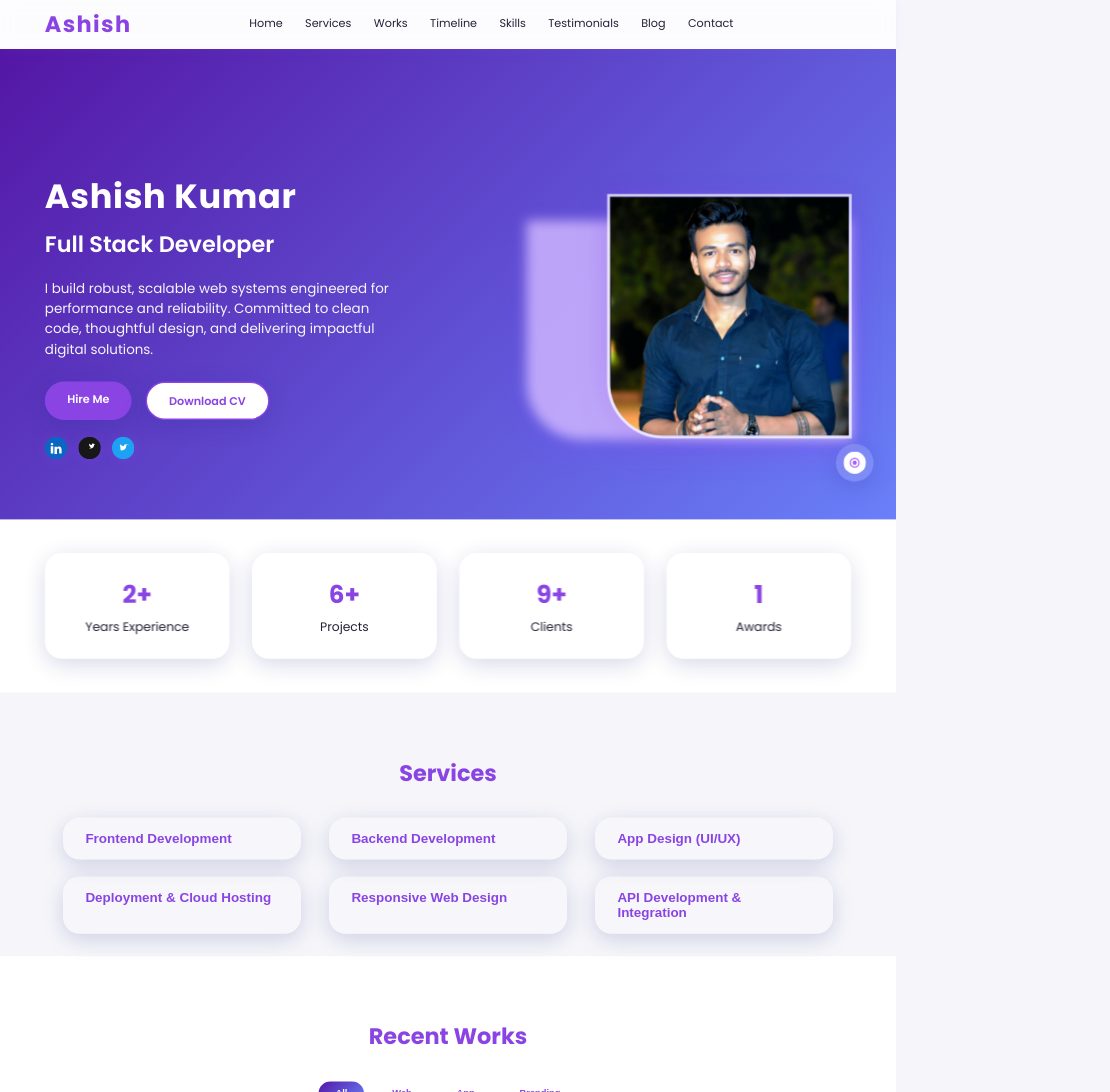
Repository: Ashishkumarraj/ashish_portfolio
Page: index.html
These files come from the project's save history. The page is drawn as it stood at one moment and after the next save; the edit follows.
The browser window is 1280 px wide. The page is 1280 px wide, then 1586 px, then 1280 px, so the pictures cover 1586 px, including what lies to the right of the window. The pictures show the part of the page from y = 0 to 1560 px (the page is 4374 px tall before and 2990 px after), at 70% of full size.

Above is the page before, as saved 2026-02-15 16:37:01.
Console error: TypeError: Cannot read properties of null (reading 'addEventListener')

After the next save:
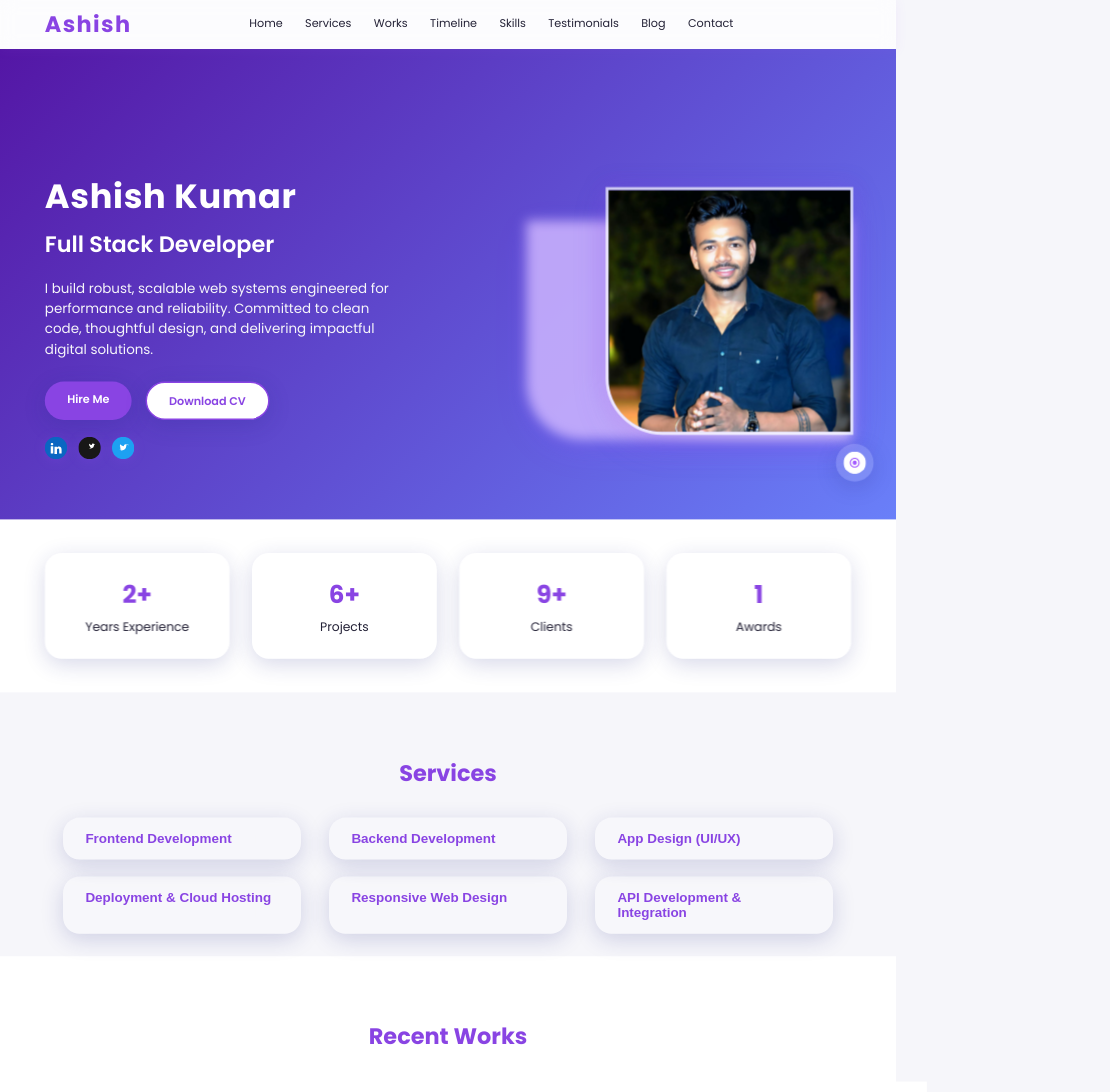
Saved 7 s later.
--- a/index.html
+++ b/index.html
@@ -134,7 +134,7 @@ Committed to clean code, thoughtful design, and delivering impactful digital sol
       <h2 class="section-title">Recent Works</h2>
       <div class="works-filter">
         <button class="filter-btn active" data-filter="all">All</button>
-        <!---->
+        <!--
         <button class="filter-btn" data-filter="web">Web</button>
         <button class="filter-btn" data-filter="app">App</button>
         <button class="filter-btn" data-filter="branding">Branding</button>

After the 2 saves that followed:
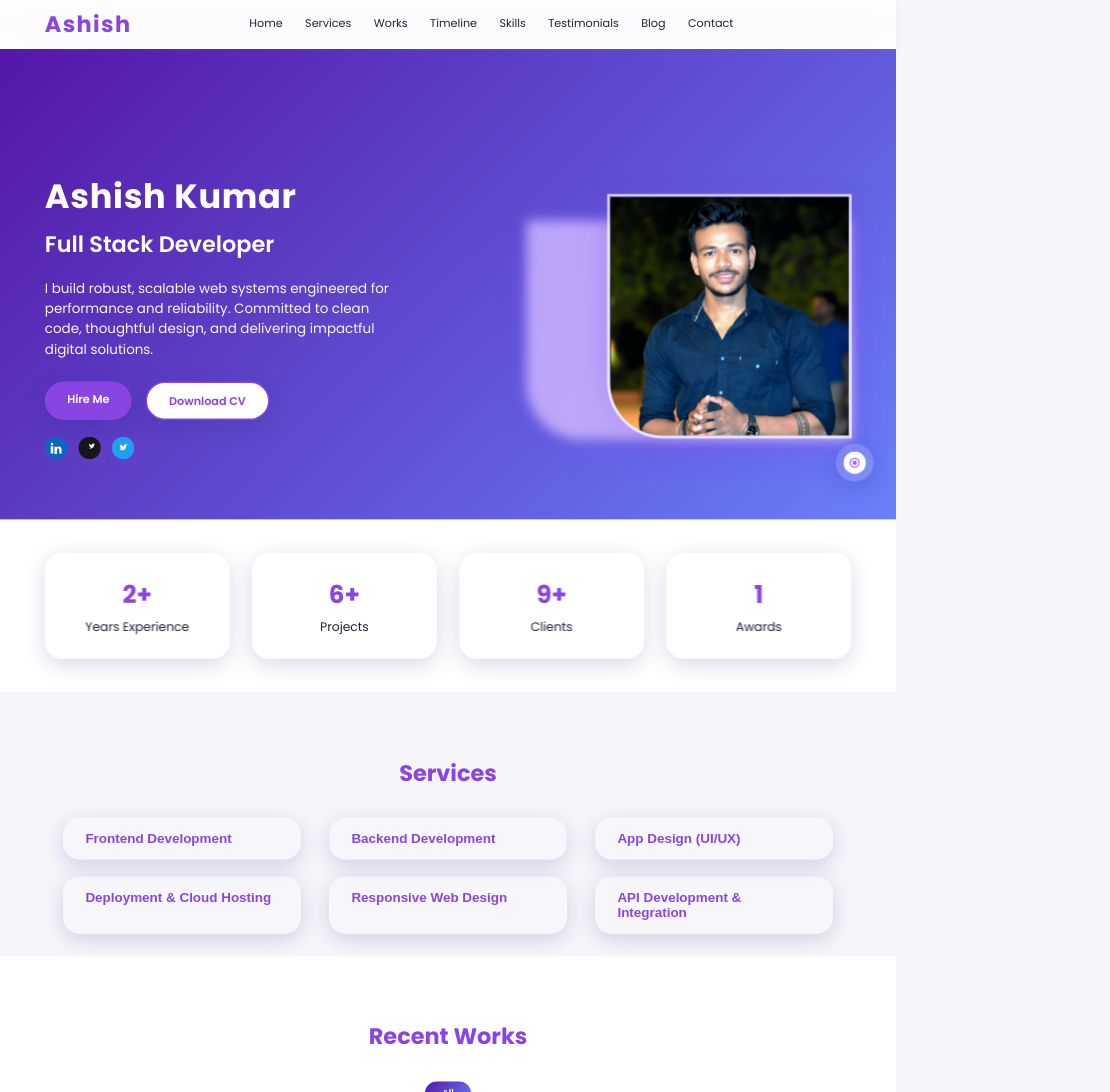
The 2 saves are shown as one change because they came seconds apart.
The last was saved 8 s later.
--- a/index.html
+++ b/index.html
@@ -138,6 +138,7 @@ Committed to clean code, thoughtful design, and delivering impactful digital sol
         <button class="filter-btn" data-filter="web">Web</button>
         <button class="filter-btn" data-filter="app">App</button>
         <button class="filter-btn" data-filter="branding">Branding</button>
+        -->
       </div>
       <div class="works-grid" id="worksGrid">
         <div class="work-card" data-category="web">
